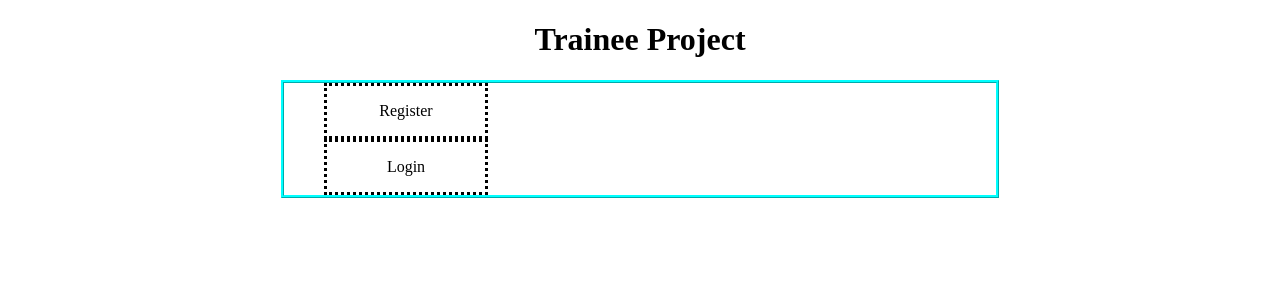
Repository: LsCodeMaster/Training
Page: Trainee/WebContent/trainee.html
These files come from the project's save history. The page is drawn as it stood at one moment and after the next save; the edit follows.
The browser window is 1280 px wide. The pictures show the whole page.

Above is the page before, as saved 2015-09-15 09:54:19.

### Trainee/WebContent/trainee.html
<!DOCTYPE html>
<html>
<head>
<meta charset="ISO-8859-1">
<title>Trainee Project</title>
<link type = "text/css" href="css/style.css" rel="stylesheet">
</head>
<body>
	<h1>Trainee Project</h1>
	<div class="centeredBox">
		<div>
			<div class="loginType">
				<p>Register</p>
			</div>
		</div>
		<div>
			<div class="loginType">
				<p>Login</p>
			</div>
		</div>
	</div>
</body>
</html>

### Trainee/WebContent/css/style.css
.centeredBox{
    margin: auto;
	border-style: ridge;
	border-color: aqua;
	width: 50%;
	padding: 40 px;
	padding-left: 40px;
	padding-right: 40px;
	div{
	}
}
.centeredBox .loginType{
	width: 25%;
	border-style: dotted;
	text-align: center;
}
h1{
    text-align: center;
}

After the next save:
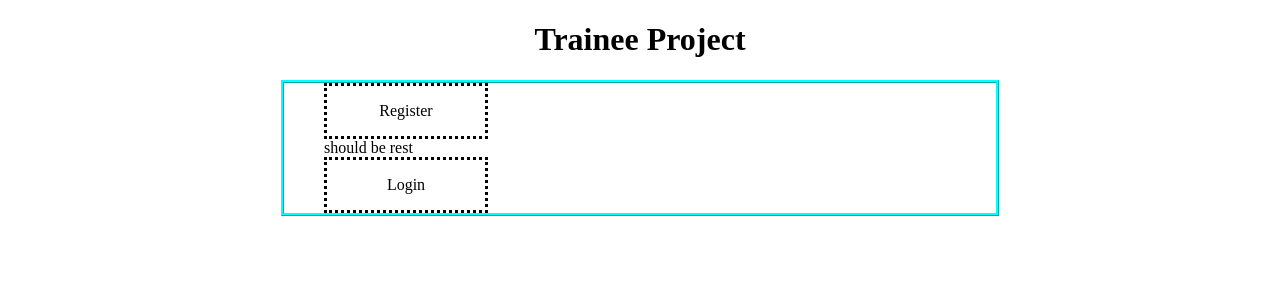
Saved 22 s later.
--- a/Trainee/WebContent/trainee.html
+++ b/Trainee/WebContent/trainee.html
@@ -12,6 +12,9 @@
 			<div class="loginType">
 				<p>Register</p>
 			</div>
+			<div>
+				should be rest
+			</div>
 		</div>
 		<div>
 			<div class="loginType">
